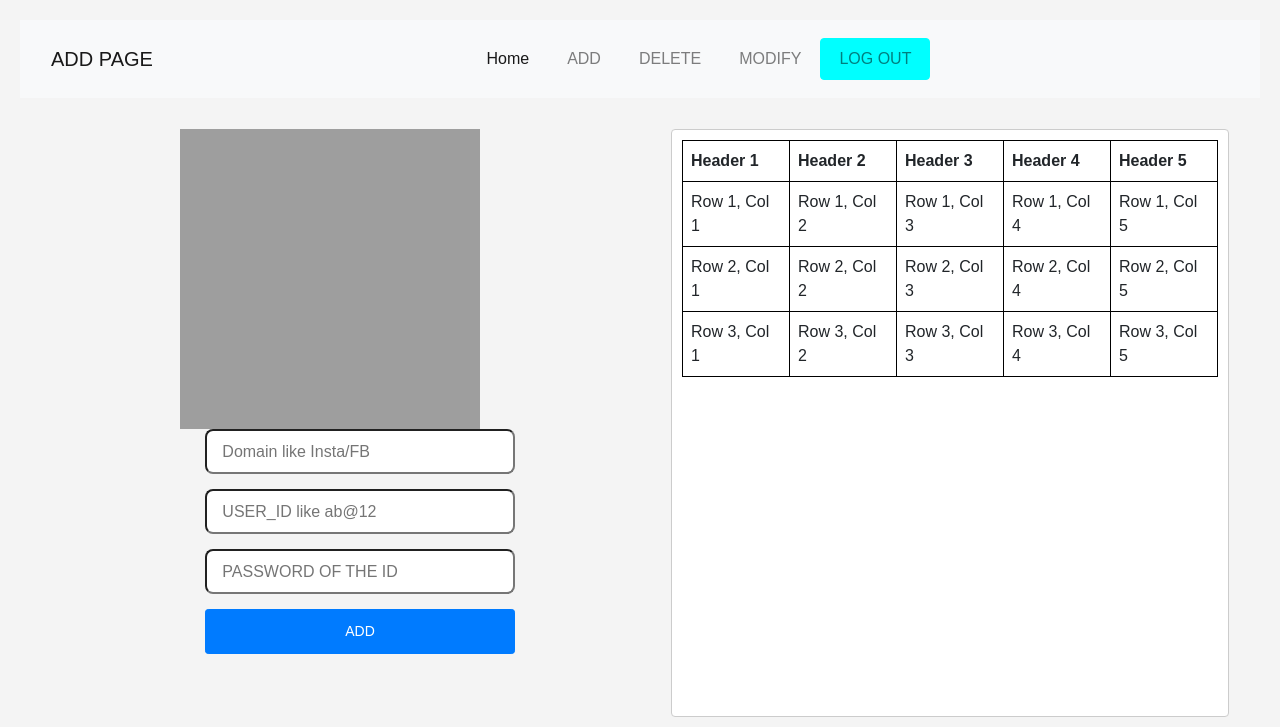
Repository: wizzy-abhishek/Projects
Page: http://localhost/Iam_Doing/Add_Details.jsp
The author's editor kept a copy of each file at every save. The page is drawn from the files as they stood at one save, then again after the next save.
The browser window is 1280 px wide. The pictures show the whole page.
Pictures or frames that could not be fetched are drawn as grey boxes. Some web libraries are served in a nearby version. The page is served by Tomcat 10. Nobody is signed in. The application's start-up code is not run. Other server files are loaded and not shown.

Above is the page before, as saved 2024-06-28 12:53:11.

### Iam_Doing/src/main/webapp/Add_Details.jsp
<%@ page language="java" contentType="text/html; charset=UTF-8"
    pageEncoding="UTF-8"%>
<!DOCTYPE html>
<html lang="en">
<head>
    <meta charset="UTF-8">
    <meta name="viewport" content="width=device-width, initial-scale=1.0">
    <link href="https://stackpath.bootstrapcdn.com/bootstrap/4.5.2/css/bootstrap.min.css" rel="stylesheet">
    <title>ADD DETAILS</title>
    <style>
        body {
            font-family: 'Arial', sans-serif;
            margin: 0;
            padding: 20px;
            display: flex;
            justify-content: center;
            align-items: flex-start;
            flex-wrap: wrap;
            height: 100vh;
            background-color: #f4f4f4;
        }

        .left-column, .right-column {
            width: 45%;
            margin: 2.5%;
        }

        .scrollable-table {
            overflow-y: auto;
            height: calc(90vh - 60px); /* Adjust if needed */
            border: 1px solid #ccc;
            border-radius: 4px;
            padding: 10px;
            background-color: #fff;
            margin-bottom: 10px; /* Reduced margin to create less space */
        }

        table {
            width: 100%;
            border-collapse: collapse;
        }

        table, th, td {
            border: 1px solid black;
        }

        th, td {
            padding: 8px;
            text-align: left;
        }

        form input, form button {
            display: block;
            width: 100%;
            margin-bottom: 10px;
            border-radius: 8px;
            margin-down : 10px ;
            margin-right : 20px;
            margin-top : 10px ;

        }

        .form-group {
            width: 250px;
            height : 60px ;
            margin: 0 auto;

        }

        .header text-center {
            width: 300px;
            height: 300px;
            margin: 15px auto;
            background-color: #ddd;
            border: 1px solid #ccc;
            display: flex;
            justify-content: center;
            align-items: center;
            font-size: 14px;
            color: #777;

        }

        .logout-btn {
            background-color: cyan !important;
            border-color: cyan !important;
        }

        @media (max-width: 768px) {
            .left-column, .right-column {
                width: 100%;
                order: 1;
            }

            .scrollable-table {
                height: auto;
            }
        }
    </style>
</head>
<body>
<nav class="navbar navbar-expand-lg navbar-light bg-light w-100">
  <div class="container-fluid">
    <a class="navbar-brand">ADD PAGE</a>
    <div class="collapse navbar-collapse" id="navbarNav">
      <ul class="navbar-nav mx-auto">
        <li class="nav-item">
          <form action="LoggedIn" method="post">
            <button type="submit" class="btn nav-link active" aria-current="page">Home</button>
          </form>
        </li>
        <li class="nav-item">
          <form action="Add_Details" method="post">
            <button type="submit" class="btn nav-link">ADD</button>
          </form>
        </li>
        <li class="nav-item">
          <form action="/option2" method="get">
            <button type="submit" class="btn nav-link">DELETE</button>
          </form>
        </li>
        <li class="nav-item">
          <form action="/option3" method="get">
            <button type="submit" class="btn nav-link">MODIFY</button>
          </form>
        </li>
        <li class="nav-item">
          <form action="Logout" method="post">
            <button type="submit" class="btn nav-link logout-btn">LOG OUT</button>
          </form>
        </li>
      </ul>
    </div>
  </div>
</nav>

<div class="left-column">
    <div class="header text-center">
    <img src="Superman.png" alt="Website Logo" height="300" width="300" >
    </div>


    <form action="Complete_ADD" method="post">
        <div class="form-group">
            <input type="text" name="Domain" placeholder=" &nbsp Domain like Insta/FB" required style="width: 310px; height : 45px ;margin: 0 auto;">
        </div>
        <div class="form-group">
            <input type="text" name="UserId_of_Domain" placeholder=" &nbsp USER_ID like ab@12" required  style="width: 310px; height : 45px ;margin: 0 auto; ">
        </div>
        <div class="form-group">
            <input type="text" name="Password_of_User_ID" placeholder=" &nbsp PASSWORD OF THE ID" required  style="width: 310px; height : 45px ; margin: 0 auto; ">
        </div>
        <div class="form-group">
            <button type="submit" class="btn btn-primary btn-sm"  style="width: 310px; height : 45px ; margin: 0 auto; ">ADD</button>
        </div>
    </form>
</div>
<hr>

<div class="right-column">
    <div class="scrollable-table">
        <table>
            <thead>
                <tr>
                    <th>Header 1</th>
                    <th>Header 2</th>
                    <th>Header 3</th>
                    <th>Header 4</th>
                    <th>Header 5</th>
                </tr>
            </thead>
            <tbody id="table-body">
                <!-- Rows will be dynamically added here -->
            </tbody>
        </table>
    </div>
</div>

<script>
    // Sample data to demonstrate dynamic row addition
    const data = [
        ["Row 1, Col 1", "Row 1, Col 2", "Row 1, Col 3", "Row 1, Col 4", "Row 1, Col 5"],
        ["Row 2, Col 1", "Row 2, Col 2", "Row 2, Col 3", "Row 2, Col 4", "Row 2, Col 5"],
        ["Row 3, Col 1", "Row 3, Col 2", "Row 3, Col 3", "Row 3, Col 4", "Row 3, Col 5"]
    ];

    const tableBody = document.getElementById('table-body');

    data.forEach(rowData => {
        const row = document.createElement('tr');
        rowData.forEach(cellData => {
            const cell = document.createElement('td');
            cell.textContent = cellData;
            row.appendChild(cell);
        });
        tableBody.appendChild(row);
    });
</script>

<script src="https://code.jquery.com/jquery-3.5.1.slim.min.js"></script>
<script src="https://cdn.jsdelivr.net/npm/@popperjs/core@2.5.4/dist/umd/popper.min.js"></script>
<script src="https://stackpath.bootstrapcdn.com/bootstrap/4.5.2/js/bootstrap.min.js"></script>
</body>
</html>

After the next save:
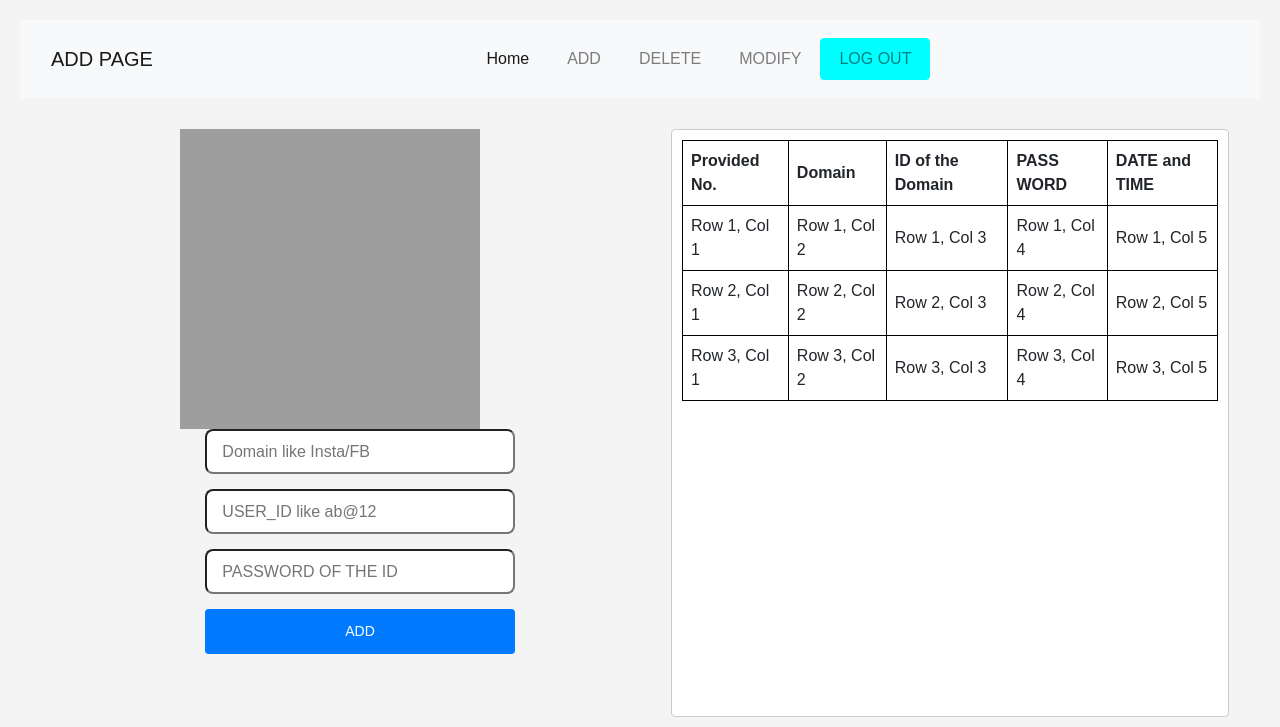
Saved 97 s later.
--- a/Iam_Doing/src/main/webapp/Add_Details.jsp
+++ b/Iam_Doing/src/main/webapp/Add_Details.jsp
@@ -162,11 +162,11 @@
         <table>
             <thead>
                 <tr>
-                    <th>Header 1</th>
-                    <th>Header 2</th>
-                    <th>Header 3</th>
-                    <th>Header 4</th>
-                    <th>Header 5</th>
+                    <th>Provided No.</th>
+                    <th>Domain</th>
+                    <th>ID of the Domain</th>
+                    <th>PASS WORD</th>
+                    <th>DATE and TIME</th>
                 </tr>
             </thead>
             <tbody id="table-body">
